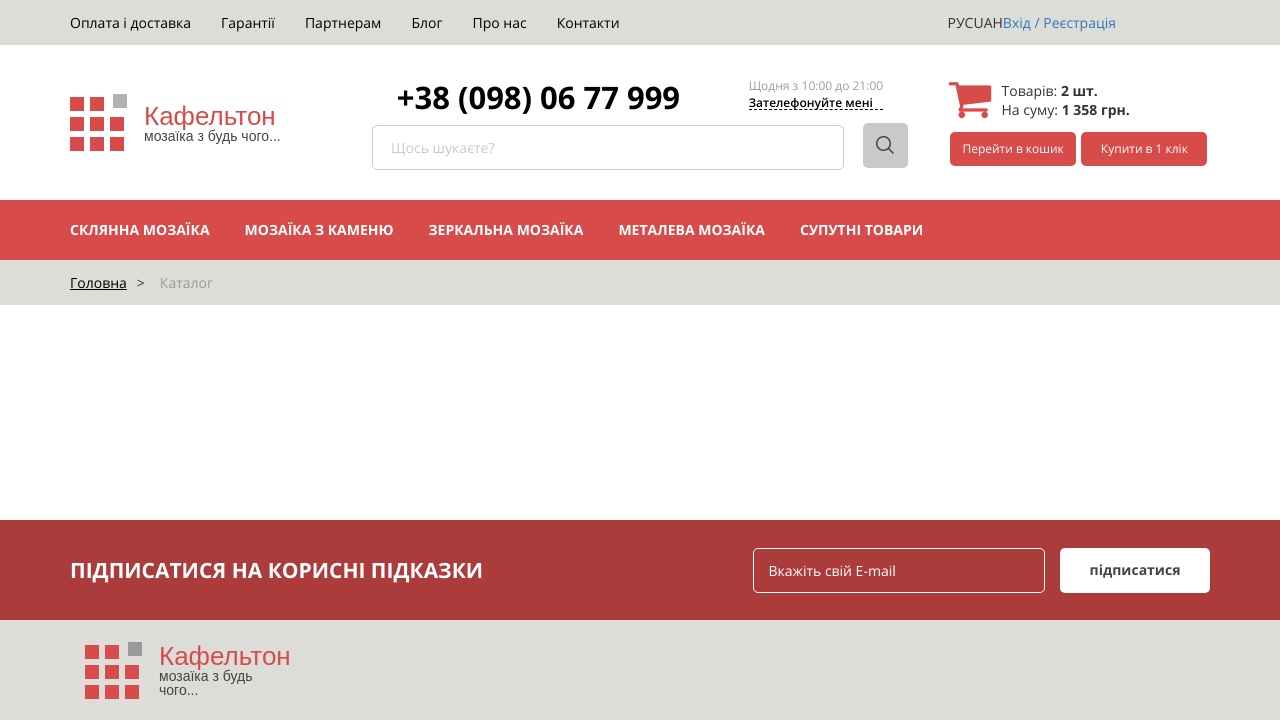
Repository: zellenka/mozaika
Page: app/index.html
The author's editor kept a copy of each file at every save. The page is drawn from the files as they stood at one save, then again after the next save.
The browser window is 1280 px wide. The pictures show the whole page.
Some web fonts or font styles are not loaded; a fallback is used. The style sheet was rebuilt from its Sass, Less or Tailwind sources for each picture, by a compiler version that may differ from the author's.

Above is the page before, as saved 2018-07-13 16:11:35.
Console error (its wording comes from the project's code and is left out).

After the next save:
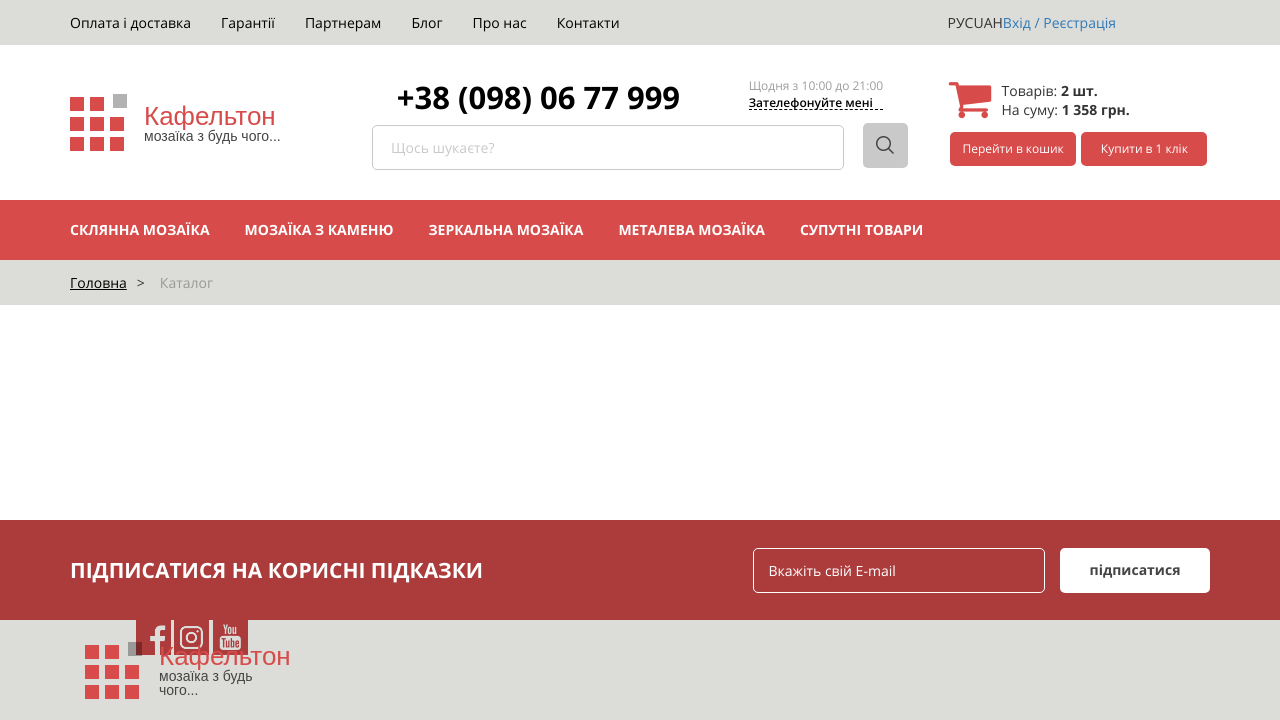
Saved 108 s later.
--- a/app/index.html
+++ b/app/index.html
@@ -135,9 +135,9 @@
 						</a>
 
 								<div>
-									<a href=""><img src="" alt=""></a>
-									<a href=""><img src="" alt=""></a>
-									<a href=""><img src="" alt=""></a>
+									<a href=""><img src="/img/facebook.png" alt=""></a>
+									<a href=""><img src="/img/instagram.png" alt=""></a>
+									<a href=""><img src="/img/youtube.png" alt=""></a>
 								</div>
 				</div>
 				<div class="col-md-3"></div>
